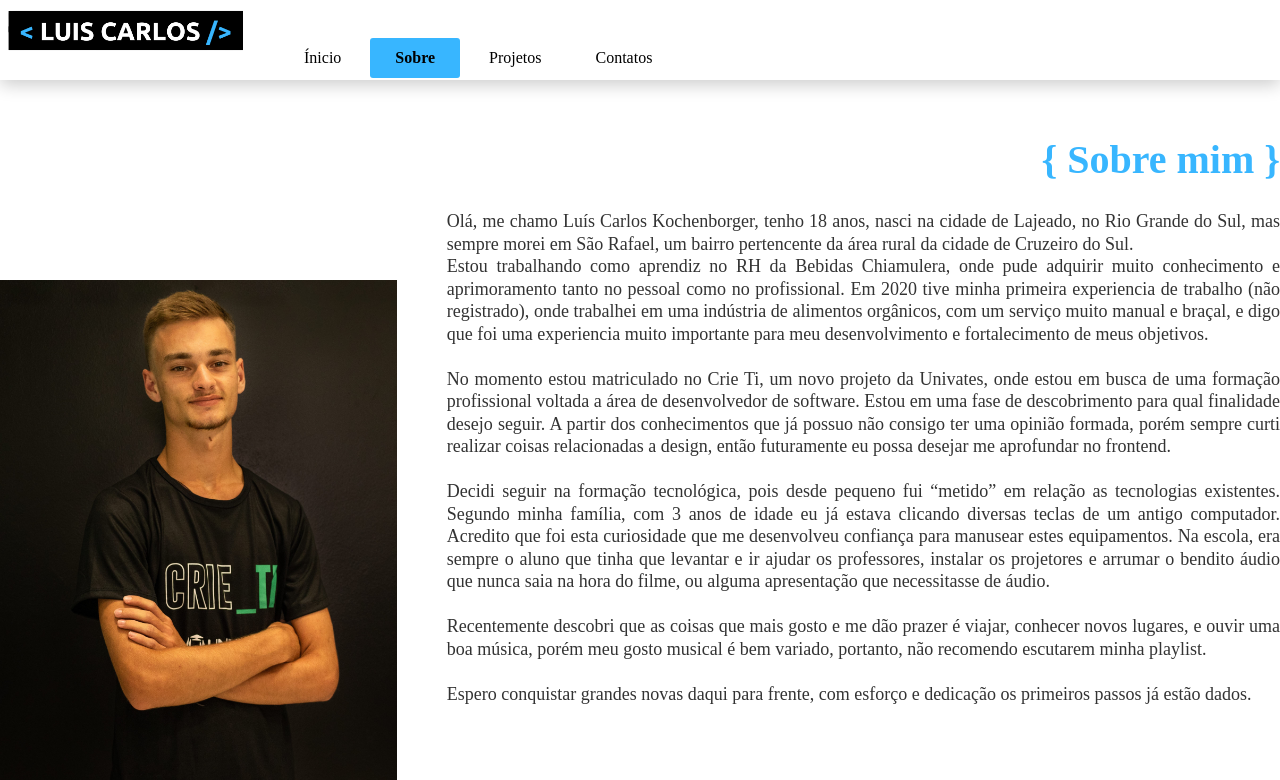
Repository: Iluiscarlos/SitePortifolio
Page: about.html
The author's editor kept a copy of each file at every save. The page is drawn from the files as they stood at one save, then again after the next save.
The browser window is 1280 px wide. The pictures show the whole page.
Some web libraries are served in a nearby version.

Above is the page before, as saved 2022-05-23 22:50:20.

### about.html
<!DOCTYPE html>
<html lang="pt-BR">

<head>
    <meta charset="UTF-8">
    <meta name="viewport" content="width=device-width, initial-scale=1.0">
    <meta http-equiv="X-UA-Compatible" content="ie=edge">
    <title>Luís Carlos</title>
    <link rel="stylesheet" href="Styles/base/reset.css">
    <link rel="stylesheet" href="Styles/base/variables.css">
    <link rel="stylesheet" href="Styles/base/base.css">
    <link rel="stylesheet" href="Styles/layout/header.css">
    <link rel="stylesheet" href="Styles/layout/about.css">
    <script src="https://kit.fontawesome.com/2c48374459.js" crossorigin="anonymous"></script>
    <link rel="preconnect" href="https://fonts.googleapis.com">
    <link rel="preconnect" href="https://fonts.gstatic.com" crossorigin>
    <link href="https://fonts.googleapis.com/css2?family=Poppins&display=swap" rel="stylesheet">
</head>

<body>
    <header class="header">
        <img src="icons/logo.png" class="header__logo">
        <nav class="menu__item">
            <a href="index.html" class="menu__item">Ínicio</a>
            <a href="about.html" target="_self" class=" menu__item menu__item--active">Sobre</a>
            <a href="#" class="menu__item">Projetos</a>
            <a href="#" class="menu__item">Contatos</a>
        </nav>
    </header>
    <section class="about">
        <img src="photos/About.jpg" class="about__photo">

        <div>
            <h1 class="about__tittle">{ Sobre mim }</h1>
            <div class="about__content">
            <p>Olá, me chamo Luís Carlos Kochenborger, tenho 18 anos, nasci na cidade de Lajeado, no Rio Grande do Sul, mas sempre morei em São Rafael, um bairro pertencente da área rural da cidade de Cruzeiro do Sul.</p>
                <p>Estou trabalhando como aprendiz no RH da Bebidas Chiamulera, onde pude adquirir muito conhecimento e aprimoramento tanto no pessoal como no profissional. Em 2020 tive minha primeira experiencia de trabalho (não registrado), onde trabalhei em uma indústria de alimentos orgânicos, com um serviço muito manual e braçal, e digo que foi uma experiencia muito importante para meu desenvolvimento e fortalecimento de meus objetivos.</p><br>
                <p>No momento estou matriculado no Crie Ti, um novo projeto da Univates, onde estou em busca de uma formação profissional voltada a área de desenvolvedor de software. Estou em uma fase de descobrimento para qual finalidade desejo seguir. A partir dos conhecimentos que já possuo não consigo ter uma opinião formada, porém sempre curti realizar coisas relacionadas a design, então futuramente eu possa desejar me aprofundar no frontend.</p><br>
                <p>Decidi seguir na formação tecnológica, pois desde pequeno fui “metido” em relação as tecnologias existentes. Segundo minha família, com 3 anos de idade eu já estava clicando diversas teclas de um antigo computador. Acredito que foi esta curiosidade que me desenvolveu confiança para manusear estes equipamentos. Na escola, era sempre o aluno que tinha que levantar e ir ajudar os professores, instalar os projetores e arrumar o bendito áudio que nunca saia na hora do filme, ou alguma apresentação que necessitasse de áudio.</p><br>
                <p>Recentemente descobri que as coisas que mais gosto e me dão prazer é viajar, conhecer novos lugares, e ouvir uma boa música, porém meu gosto musical é bem variado, portanto, não recomendo escutarem minha playlist.</p><br>
                <p>Espero conquistar grandes novas daqui para frente, com esforço e dedicação os primeiros passos já estão dados.</p>
            </div>
        </div>
    </section>
</body>
</html>

### Styles/base/variables.css
:root{
    --color-red: #F41B3B;
    --color-green: #1EBC99;
    --color-blue: #38b6ff;
    --color-blue1: #0058dd;
    --color-purple:#6b009d;
    --color-yellow: #F9CC0D;
    --color-white: #ffffff;
    --color-black: #000000;
    --color-black1: #333;
    --color-darken-gray: #363536;
    --color-light-gray: #807E81;
    --color-gray: #4f4e50;
    --color-fa: #fafafa;
    --color-ea: #eaeaea;
    --color-cece: #cecece;

--font-family-Roboto:"Roboto Flex", 'Sans serif';
--font-size-default: 16px;
--border-radius-default:3px;

--font-family-primary: var(--font-family-Roboto);
}

### Styles/base/base.css
body {
    font-family: var(--font-family-primary);
    font-size: var(--font-size-default);
    background-color:  var(--color-white);
    color: var(--color-black1);
}


.divisor{
    size: 1;
    width: 100%;
}

.container {
    width: 1100px;
    max-width: 100%;
    margin-left: auto;
    margin-right: auto;
    margin-bottom: 60px;
  }

### Styles/layout/header.css
.header{
    position: fixed;
    height: 80px;
    font-size: 16px;
    background-color: var(--color-white);
    box-shadow: 0 5px 1em #cecece;
    top: 0;
    left: 0;
    right: 0;
}

.header .container{
    display: flex;
    align-items: center;
    height: 100%;
}
.menu__item{
    display: inline-block;
    padding: 0 25px 0;
    text-decoration: none;
    /*border-right: 2px solid var(--color-blue);*/
    color: var(--color-black);
    margin-left: auto;
}

.menu__item--active{
    color: var(--color-black);
    display: inline-block;
    text-align: center;
    font-weight: bold;
    line-height: 40px;
    border-radius: 3px;
    background: var(--color-blue);
}

/*.menu__item:last-child{
    border-right: none;
}*/

.header__logo{
    width: 250px;
}


@media only screen and (max-width: 480px){
    .header{
    display: block;
    position: fixed;
    top: 60px;
    left: 0;
    right: 0;
    bottom: 0;
    background-color: pink;
    transform: translateX(-100%);

}


    .header__menu::-webkit-scrollbar{
        width: 0;
        height: 0;
    }

    .menu__item{
        display: block;
        margin: 20px 0;
    }

}

### Styles/layout/about.css
.about{
    display: flex;
}

.about__photo{
    width: 400px;
    height: 500px;
    padding-top: 280px;
    padding-right: 50px;
    vertical-align: middle;
    object-fit: cover;
}


.about__tittle{
    color: var(--color-blue);
    font-size: 40px;
    font-weight:900;
    padding-top: 140px;
    text-align: end;
}


.about__content{
    font-family: var(--font-family-primary);
    font-size: 18px;
    padding-top: 30px;
    text-align: justify;
    line-height: 1.25;
}


a{
    text-decoration: none;
}

.bold__blue{
    font-weight: bold;
    color: var(--color-blue);
}

.bold__black{
    font-weight: bold;
    color: var(--color-black);
}


.experience{
    display: flex;
    flex-direction: column;
}

.subtitle{
    color: var(--color-blue);
    font-size: 40px;
    font-weight:500;
    padding-top: 25px;
    text-align: center;
    vertical-align:top;
}

.experience__list{
    text-align: justify;
    font-size: 18px;
    font-weight: 400;
    line-height: 25px;
}

.experience__edu{
    text-align: justify;
    font-size: 18px;
    font-weight: 400;
    line-height: 25px;
}

Loaded but not shown: Styles/base/reset.css (common file)

After the next save:
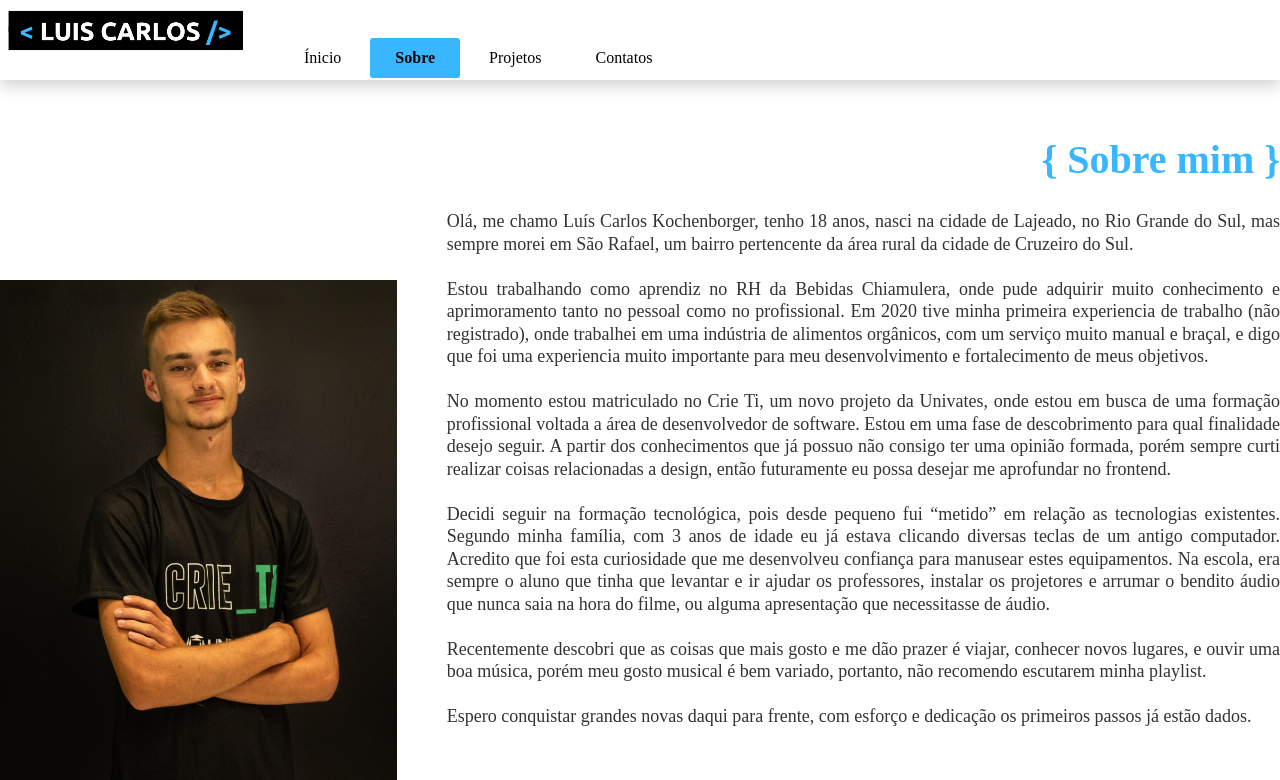
Saved 36 s later.
--- a/about.html
+++ b/about.html
@@ -33,7 +33,7 @@
         <div>
             <h1 class="about__tittle">{ Sobre mim }</h1>
             <div class="about__content">
-            <p>Olá, me chamo Luís Carlos Kochenborger, tenho 18 anos, nasci na cidade de Lajeado, no Rio Grande do Sul, mas sempre morei em São Rafael, um bairro pertencente da área rural da cidade de Cruzeiro do Sul.</p>
+            <p>Olá, me chamo Luís Carlos Kochenborger, tenho 18 anos, nasci na cidade de Lajeado, no Rio Grande do Sul, mas sempre morei em São Rafael, um bairro pertencente da área rural da cidade de Cruzeiro do Sul.</p><br>
                 <p>Estou trabalhando como aprendiz no RH da Bebidas Chiamulera, onde pude adquirir muito conhecimento e aprimoramento tanto no pessoal como no profissional. Em 2020 tive minha primeira experiencia de trabalho (não registrado), onde trabalhei em uma indústria de alimentos orgânicos, com um serviço muito manual e braçal, e digo que foi uma experiencia muito importante para meu desenvolvimento e fortalecimento de meus objetivos.</p><br>
                 <p>No momento estou matriculado no Crie Ti, um novo projeto da Univates, onde estou em busca de uma formação profissional voltada a área de desenvolvedor de software. Estou em uma fase de descobrimento para qual finalidade desejo seguir. A partir dos conhecimentos que já possuo não consigo ter uma opinião formada, porém sempre curti realizar coisas relacionadas a design, então futuramente eu possa desejar me aprofundar no frontend.</p><br>
                 <p>Decidi seguir na formação tecnológica, pois desde pequeno fui “metido” em relação as tecnologias existentes. Segundo minha família, com 3 anos de idade eu já estava clicando diversas teclas de um antigo computador. Acredito que foi esta curiosidade que me desenvolveu confiança para manusear estes equipamentos. Na escola, era sempre o aluno que tinha que levantar e ir ajudar os professores, instalar os projetores e arrumar o bendito áudio que nunca saia na hora do filme, ou alguma apresentação que necessitasse de áudio.</p><br>
